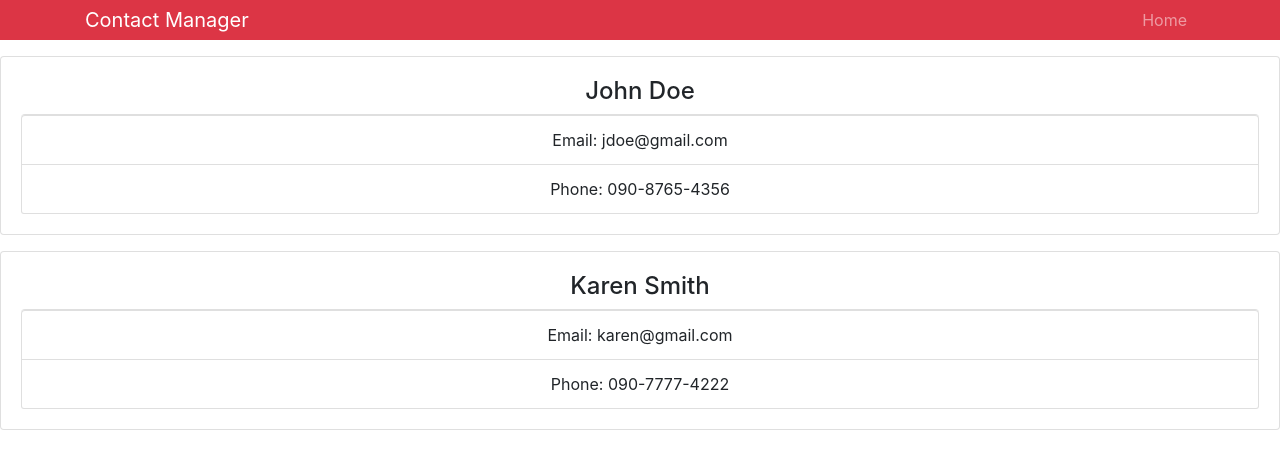
Repository: IkennaU/contactmanager
Page: /
These files come from the project's save history. The page is drawn as it stood at one moment and after the next save; the edit follows.
The browser window is 1280 px wide. The pictures show the whole page.
The project was rebuilt for these pictures with package versions that can differ from the ones it lists, and the page was loaded fresh each time.

Above is the page before, as saved 2020-07-20 14:50:40.

After the next save:
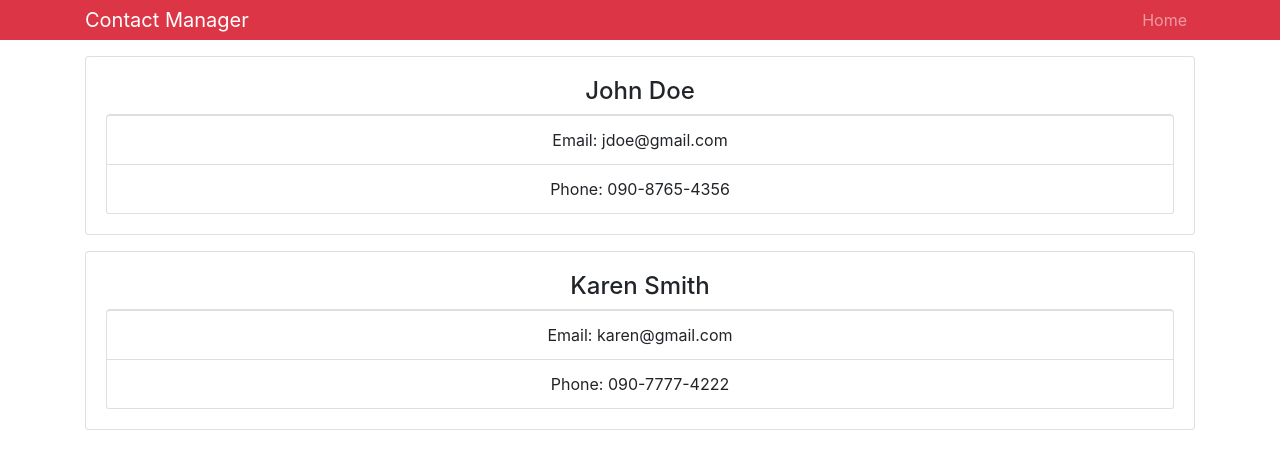
Saved 5 min 40 s later.
--- a/src/App.js
+++ b/src/App.js
@@ -9,12 +9,14 @@ function App() {
   return (
     <div className="App">
       <Header branding="Contact Manager" />
-      <Contact name="John Doe" email="jdoe@gmail.com" phone="090-8765-4356" />
-      <Contact
-        name="Karen Smith"
-        email="karen@gmail.com"
-        phone="090-7777-4222"
-      />
+      <div className="container">
+        <Contact name="John Doe" email="jdoe@gmail.com" phone="090-8765-4356" />
+        <Contact
+          name="Karen Smith"
+          email="karen@gmail.com"
+          phone="090-7777-4222"
+        />
+      </div>
     </div>
   );
 }
